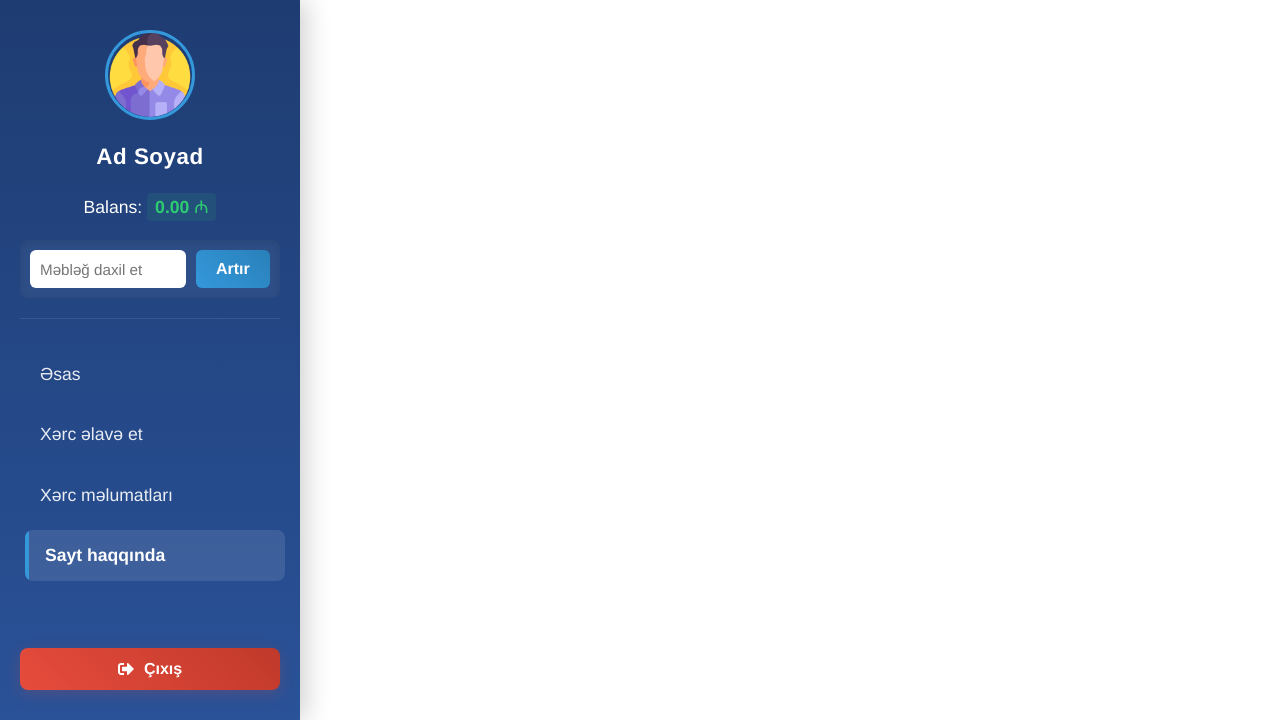
Repository: ferhadsultan98/financialmanagement
Page: /about
The author's editor kept a copy of each file at every save. The page is drawn from the files as they stood at one save, then again after a run of saves.
The browser window is 1280 px wide. The pictures show the whole page.
The project was rebuilt for these pictures with package versions that can differ from the ones it lists, and the page was loaded fresh each time. Also part of the build but not shown: vite.config.js, src/Components/Sidebar/ProfileModal.jsx, src/Pages/Home/Home.jsx, src/Pages/AddExpense/AddExpense.jsx, src/Pages/ExpenseDetails/ExpenseDetails.jsx, src/Components/Login/Login.scss, src/Components/Login/Login.jsx.

Above is the page before, as saved 2025-03-23 23:56:28.

### index.html
<!doctype html>
<html lang="en">
  <head>
    <meta charset="UTF-8" />
<link rel="shortcut icon" href="favicon.ico" type="image/x-icon">
    <meta name="viewport" content="width=device-width, initial-scale=1.0" />
    <title>Expense</title>
  </head>
  <body>
    <div id="root"></div>
    <script type="module" src="/src/main.jsx"></script>
  </body>
</html>

### src/App.jsx
// src/App.jsx
import React from 'react';
import './App.scss';
import MainLayout from './Components/Layout/MainLayout';
import { RouterProvider } from 'react-router-dom';
import router from './Routes';


function App() {
  return (
    <div className="App">
      <RouterProvider router={router} />
    </div>
  );
}

export default App;

### src/App.scss
*{
    margin: 0;
    padding: 0;
    box-sizing: border-box;
    font-family: 'Franklin Gothic Medium', 'Arial Narrow', Arial, sans-serif;
}

### src/Components/Layout/MainLayout.jsx
// src/components/Layout/MainLayout.jsx
import React from 'react';
import Sidebar from '../Sidebar/Sidebar';
import { Outlet } from 'react-router-dom';

const MainLayout = () => {
  return (
    <div className="layout">
      <Sidebar />
      <main className="main-content">
        <Outlet />
      </main>
    </div>
  );
};

export default MainLayout;

### src/Routes.jsx
// src/routes.jsx
import { createBrowserRouter } from "react-router-dom";
import MainLayout from "./Components/Layout/MainLayout";
import Home from "./Pages/Home/Home";
import AddExpense from "./Pages/AddExpense/AddExpense";
import ExpenseDetails from "./Pages/ExpenseDetails/ExpenseDetails";
import About from "./Pages/About/About";
import Login from "./Components/Login/Login";

const router = createBrowserRouter([
  {
    path: "/login",
    element: <Login />,
  },
  {
    element: <MainLayout />,
    children: [
      {
        path: "/",
        element: <Home />,
      },
      {
        path: "/add-expense",
        element: <AddExpense />,
      },
      {
        path: "/expense-details",
        element: <ExpenseDetails />,
      },
      {
        path: "/about",
        element: <About />,
      },
    ],
  },
]);

export default router;

### src/Components/Sidebar/Sidebar.jsx
// src/components/Sidebar/Sidebar.jsx
import React, { useState } from 'react';
import '../../Styles/Sidebar.scss';
import Navbar from './Navbar';
import ProfileModal from './ProfileModal';
import { FaBars, FaSignOutAlt } from 'react-icons/fa';
import { motion } from 'framer-motion';
import { useNavigate } from 'react-router-dom';
import UserProfileIcon from '../../assets/user.png'

const Sidebar = () => {
  const [isOpen, setIsOpen] = useState(false);
  const [balance, setBalance] = useState(0);
  const [topUpAmount, setTopUpAmount] = useState('');
  const [isModalOpen, setIsModalOpen] = useState(false);
  const [userProfile, setUserProfile] = useState({
    firstName: 'Ad',
    lastName: 'Soyad',
    birthDate: '1990-01-01',
    gender: 'Kişi',
  });
  const navigate = useNavigate();

  const toggleSidebar = () => {
    setIsOpen(!isOpen);
  };

  const handleTopUp = () => {
    if (topUpAmount) {
      setBalance(prev => prev + parseFloat(topUpAmount));
      setTopUpAmount('');
    }
  };

  const handleLogout = () => {
    navigate('/login');
  };

  const handleProfileUpdate = (updatedProfile) => {
    setUserProfile(updatedProfile);
    setIsModalOpen(false);
  };

  const sidebarVariants = {
    open: { x: 0 },
    closed: { x: '-100%' },
  };

  return (
    <div className="sidebar-container">
      <button className="toggle-btn" onClick={toggleSidebar}>
        <FaBars />
      </button>

      <motion.div
        className={`sidebar ${isOpen ? 'open' : ''}`}
        initial={false}
        animate={isOpen ? 'open' : 'closed'}
        variants={sidebarVariants}
        transition={{ duration: 0.3, ease: 'easeInOut' }}
      >
        <div className="sidebar-header">
          <motion.div
            className="profile-img"
            whileHover={{ scale: 1.05 }}
            transition={{ type: 'spring', stiffness: 300 }}
            onClick={() => setIsModalOpen(true)}
          >
            <img src={UserProfileIcon} alt="Profile" />
            <div className="profile-overlay">
              <span>Profilə bax</span>
            </div>
          </motion.div>
          <h3>{`${userProfile.firstName} ${userProfile.lastName}`}</h3> {/* Dynamic name */}
          <div className="balance">
            Balans: <motion.span
              initial={{ opacity: 0 }}
              animate={{ opacity: 1 }}
              transition={{ delay: 0.2 }}
            >
              {balance.toFixed(2)} ₼
            </motion.span>
          </div>

          <motion.div className="top-up" whileHover={{ scale: 1.02 }}>
            <input
              type="number"
              placeholder="Məbləğ daxil et"
              value={topUpAmount}
              onChange={(e) => setTopUpAmount(e.target.value)}
            />
            <motion.button
              whileHover={{ scale: 1.1 }}
              whileTap={{ scale: 0.95 }}
              onClick={handleTopUp}
            >
              Artır
            </motion.button>
          </motion.div>
        </div>

        <Navbar />

        <div className="sidebar-footer">
          <motion.button
            className="logout-btn"
            whileHover={{ scale: 1.05 }}
            whileTap={{ scale: 0.95 }}
            transition={{ type: 'spring', stiffness: 300 }}
            onClick={handleLogout}
          >
            <FaSignOutAlt /> Çıxış
          </motion.button>
        </div>
      </motion.div>

      {isModalOpen && (
        <ProfileModal
          userProfile={userProfile}
          onSave={handleProfileUpdate}
          closeModal={() => setIsModalOpen(false)}
        />
      )}
    </div>
  );
};

export default Sidebar;

### src/Styles/Sidebar.scss
// src/components/Sidebar/Sidebar.scss
.sidebar-container {
    position: relative;

    .toggle-btn {
      position: fixed;
      top: 20px;
      left: 20px;
      z-index: 1001;
      background: linear-gradient(45deg, #1e3c72, #2a5298);
      color: white;
      border: none;
      padding: 12px;
      cursor: pointer;
      border-radius: 8px;
      box-shadow: 0 4px 15px rgba(0, 0, 0, 0.2);
      transition: all 0.3s ease;

      &:hover {
        transform: scale(1.1);
        box-shadow: 0 6px 20px rgba(0, 0, 0, 0.3);
      }

      @media (min-width: 769px) {
        display: none;
      }
    }

    .sidebar {
      width: 300px;
      height: 100vh;
      background: linear-gradient(180deg, #1e3c72 0%, #2a5298 100%);
      color: white;
      position: fixed;
      left: 0;
      top: 0;
      padding: 30px 20px;
      display: flex;
      flex-direction: column;
      box-shadow: 5px 0 25px rgba(0, 0, 0, 0.2);
      overflow: hidden;

      .sidebar-header {
        text-align: center;
        padding-bottom: 20px;
        border-bottom: 1px solid rgba(255, 255, 255, 0.1);

        .profile-img {
          width: 90px;
          height: 90px;
          margin: 0 auto 20px;
          position: relative;
          cursor: pointer;

          img {
            width: 100%;
            height: 100%;
            border-radius: 50%;
            object-fit: cover;
            border: 3px solid #3498db;
            transition: all 0.3s ease;
          }

          .profile-overlay {
            position: absolute;
            top: 0;
            left: 0;
            width: 100%;
            height: 100%;
            background: rgba(0, 0, 0, 0.6);
            border-radius: 50%;
            display: flex;
            align-items: center;
            justify-content: center;
            opacity: 0;
            transition: opacity 0.3s ease;

            span {
              font-size: 0.9rem;
              color: white;
            }
          }

          &:hover .profile-overlay {
            opacity: 1;
          }
        }

        h3 {
          margin: 15px 0;
          font-size: 1.4rem;
          font-weight: 600;
          letter-spacing: 0.5px;
        }

        .balance {
          margin: 20px 0;
          font-size: 1.1rem;

          span {
            font-weight: bold;
            color: #2ecc71;
            background: rgba(46, 204, 113, 0.1);
            padding: 4px 8px;
            border-radius: 4px;
          }
        }

        .top-up {
          display: flex;
          gap: 10px;
          background: rgba(255, 255, 255, 0.05);
          padding: 10px;
          border-radius: 8px;
          box-shadow: inset 0 2px 10px rgba(0, 0, 0, 0.1);

          input {
            padding: 10px;
            border-radius: 6px;
            border: none;
            width: 65%;
            background: #fff;
            color: #2c3e50;
            font-size: 0.95rem;
            transition: all 0.3s ease;

            &:focus {
              outline: none;
              box-shadow: 0 0 5px rgba(52, 152, 219, 0.5);
            }
          }

          button {
            padding: 10px 20px;
            background: linear-gradient(45deg, #3498db, #2980b9);
            border: none;
            border-radius: 6px;
            color: white;
            cursor: pointer;
            font-weight: 600;
            transition: all 0.3s ease;

            &:hover {
              background: linear-gradient(45deg, #2980b9, #3498db);
              box-shadow: 0 4px 15px rgba(52, 152, 219, 0.4);
            }
          }
        }
      }

      .sidebar-nav {
        flex-grow: 1;
        margin: 20px 0;

        ul {
          list-style: none;
          padding: 0;

          li {
            margin: 10px 0;

            a {
              color: rgba(255, 255, 255, 0.9);
              text-decoration: none;
              font-size: 1.1rem;
              display: block;
              padding: 12px 20px;
              border-radius: 8px;
              transition: all 0.3s ease;
              position: relative;
              overflow: hidden;

              &::before {
                content: '';
                position: absolute;
                left: 0;
                top: 0;
                width: 4px;
                height: 100%;
                background: #3498db;
                transform: translateX(-100%);
                transition: all 0.3s ease;
              }

              &:hover,
              &.active {
                background: rgba(255, 255, 255, 0.1);
                color: white;
                transform: translateX(5px);

                &::before {
                  transform: translateX(0);
                }
              }

              &.active {
                font-weight: 600;
              }
            }
          }
        }
      }

      .sidebar-footer {
        margin-top: auto;

        .logout-btn {
          width: 100%;
          padding: 12px;
          background: linear-gradient(45deg, #e74c3c, #c0392b);
          border: none;
          border-radius: 8px;
          color: white;
          cursor: pointer;
          font-weight: 600;
          display: flex;
          align-items: center;
          justify-content: center;
          gap: 10px;
          box-shadow: 0 4px 15px rgba(231, 76, 60, 0.2);
          transition: all 0.3s ease;

          &:hover {
            background: linear-gradient(45deg, #c0392b, #e74c3c);
            box-shadow: 0 6px 20px rgba(231, 76, 60, 0.4);
            transform: translateY(-2px);
          }
        }
      }
    }

    @media (max-width: 768px) {
      .sidebar {
        z-index: 1000;
      }
    }

    @media (min-width: 769px) {
      .sidebar {
        transform: translateX(0) !important; // Always visible on desktop
      }
    }
  }

  // src/components/Sidebar/Sidebar.scss
// ... (existing styles remain unchanged)

.modal-overlay {
  position: fixed;
  top: 0;
  left: 0;
  width: 100%;
  height: 100%;
  background: rgba(0, 0, 0, 0.6);
  display: flex;
  align-items: center;
  justify-content: center;
  z-index: 2000;
}

.profile-modal {
  background: white;
  border-radius: 15px;
  padding: 30px;
  width: 100%;
  max-width: 400px;
  box-shadow: 0 10px 30px rgba(0, 0, 0, 0.2);
  text-align: center;

  h2 {
    color: #2c3e50;
    font-size: 1.8rem;
    margin-bottom: 20px;
    font-weight: 600;
  }

  .modal-content {
    .form-group {
      margin-bottom: 20px;
      text-align: left;

      label {
        display: block;
        margin-bottom: 5px;
        color: #2c3e50;
        font-weight: 500;
      }

      input,
      select {
        width: 100%;
        padding: 10px;
        border: 1px solid #ddd;
        border-radius: 6px;
        font-size: 1rem;
        color: #2c3e50;
        transition: all 0.3s ease;

        &:focus {
          outline: none;
          border-color: #3498db;
          box-shadow: 0 0 5px rgba(52, 152, 219, 0.3);
        }
      }
    }
  }

  .modal-actions {
    display: flex;
    gap: 10px;
    justify-content: center;
    margin-top: 20px;

    .save-btn {
      padding: 10px 20px;
      background: linear-gradient(45deg, #2ecc71, #27ae60);
      border: none;
      border-radius: 6px;
      color: white;
      font-weight: 600;
      cursor: pointer;
      box-shadow: 0 4px 15px rgba(46, 204, 113, 0.2);
      transition: all 0.3s ease;

      &:hover {
        background: linear-gradient(45deg, #27ae60, #2ecc71);
        box-shadow: 0 6px 20px rgba(46, 204, 113, 0.4);
      }
    }

    .close-btn {
      padding: 10px 20px;
      background: linear-gradient(45deg, #e74c3c, #c0392b);
      border: none;
      border-radius: 6px;
      color: white;
      font-weight: 600;
      cursor: pointer;
      box-shadow: 0 4px 15px rgba(231, 76, 60, 0.2);
      transition: all 0.3s ease;

      &:hover {
        background: linear-gradient(45deg, #c0392b, #e74c3c);
        box-shadow: 0 6px 20px rgba(231, 76, 60, 0.4);
      }
    }
  }

  @media (max-width: 480px) {
    padding: 20px;
    max-width: 90%;

    h2 {
      font-size: 1.5rem;
    }

    .form-group {
      input,
      select {
        font-size: 0.9rem;
      }
    }

    .modal-actions {
      flex-direction: column;
      gap: 10px;

      button {
        width: 100%;
      }
    }
  }
}

### src/Components/Sidebar/Navbar.jsx
// src/components/Sidebar/Navbar.jsx
import React from 'react';
import { NavLink } from 'react-router-dom';
import { motion } from 'framer-motion';

const Navbar = () => {
  const navItems = [
    { path: '/', label: 'Əsas' },
    { path: '/add-expense', label: 'Xərc əlavə et' },
    { path: '/expense-details', label: 'Xərc məlumatları' },
    { path: '/about', label: 'Sayt haqqında' },
  ];

  return (
    <nav className="sidebar-nav">
      <ul>
        {navItems.map((item, index) => (
          <motion.li
            key={item.path}
            initial={{ opacity: 0, y: 20 }}
            animate={{ opacity: 1, y: 0 }}
            transition={{ delay: index * 0.1 }}
          >
            <NavLink to={item.path} end={item.path === '/'}>
              {item.label}
            </NavLink>
          </motion.li>
        ))}
      </ul>
    </nav>
  );
};

export default Navbar;

Loaded but not shown: src/main.jsx (common file); src/index.css (common file); src/Pages/About/About.jsx (common file)

After the next 2 saves:
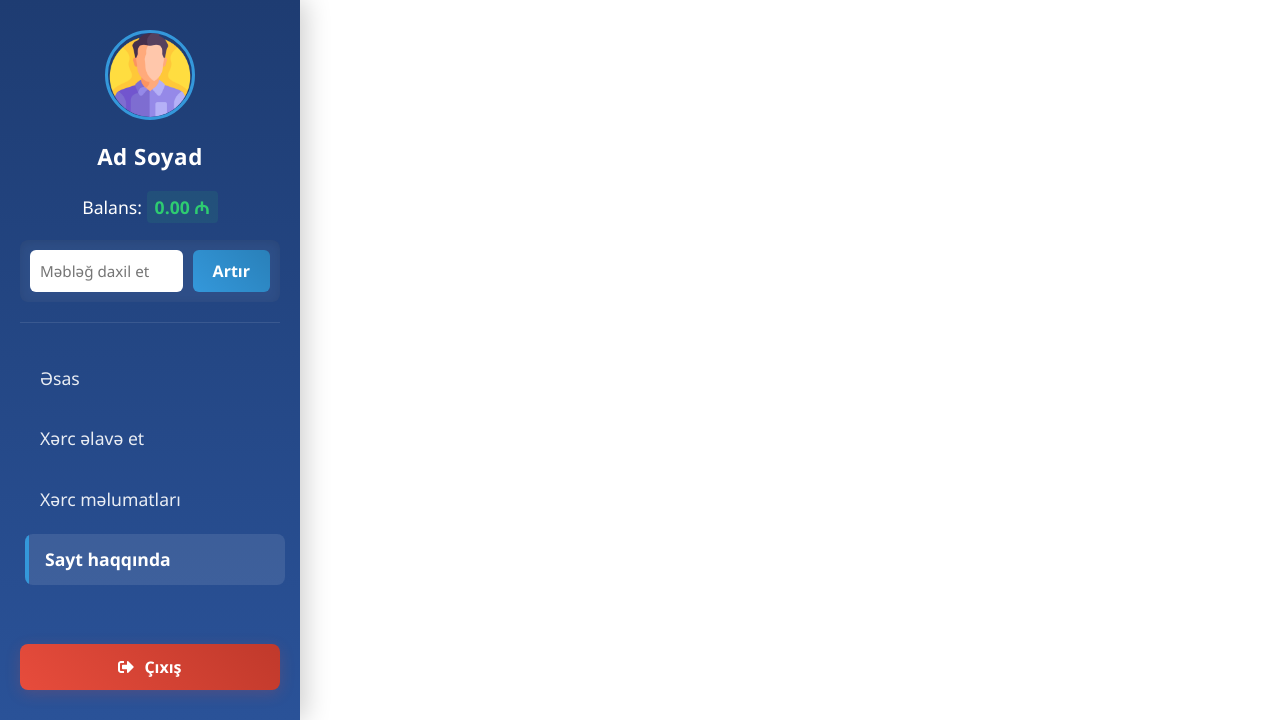
The 2 saves are shown as one change because they came seconds apart.
The last was saved 10 s later.
--- a/src/App.scss
+++ b/src/App.scss
@@ -2,5 +2,5 @@
     margin: 0;
     padding: 0;
     box-sizing: border-box;
-    font-family: 'Franklin Gothic Medium', 'Arial Narrow', Arial, sans-serif;
+    font-family: 'Segoe UI', Tahoma, Geneva, Verdana, sans-serif;
 }
